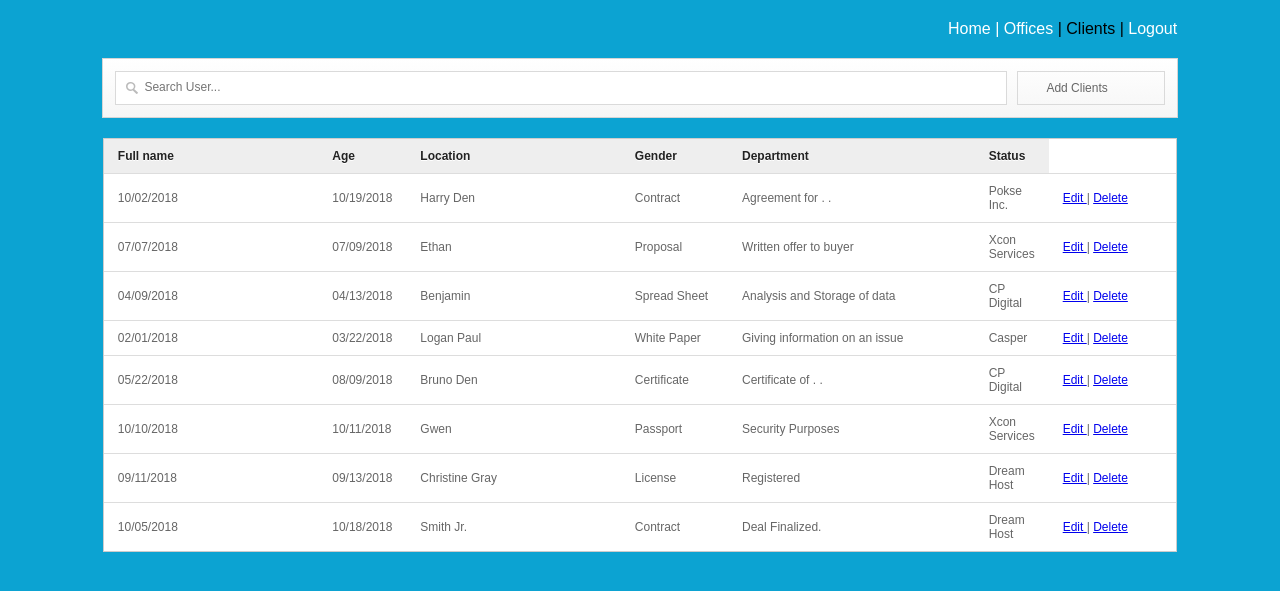
Repository: MrSyntax31/recordmanagement
Page: http://localhost/main/clients.php
The author's editor kept a copy of each file at every save. The page is drawn from the files as they stood at one save, then again after the next save.
The browser window is 1280 px wide. The pictures show the whole page.
The page is run by PHP 8.4 with error messages shown; the project is at /var/www/html/. The database holds what the project's SQL file puts in it.

Above is the page before, as saved 2022-03-03 14:42:22.

After the next save:
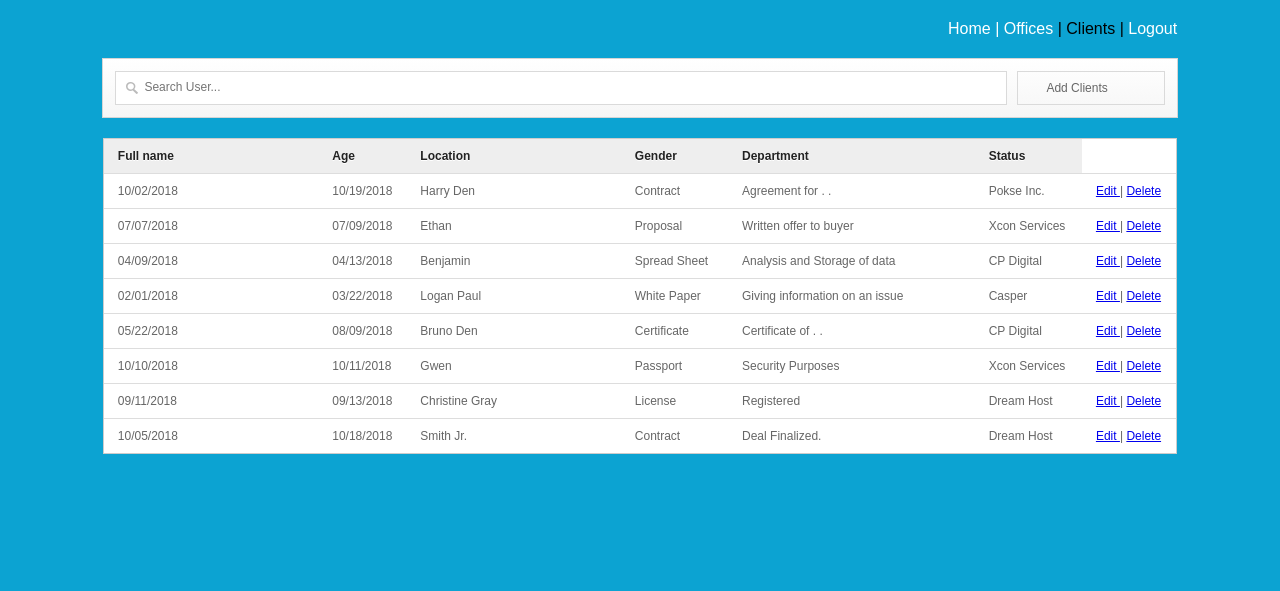
Saved 8 s later.
--- a/main/clients.php
+++ b/main/clients.php
@@ -94,7 +94,7 @@ a#add {
 		<th width="20%"> Location </th>
 		<th width="10%"> Gender </th>
 		<th width="23%"> Department </th>
-		<th width="5%">  Status </th>
+		<th width="10%">  Status </th>
 	</tr>
 </thead>
 <tbody>
